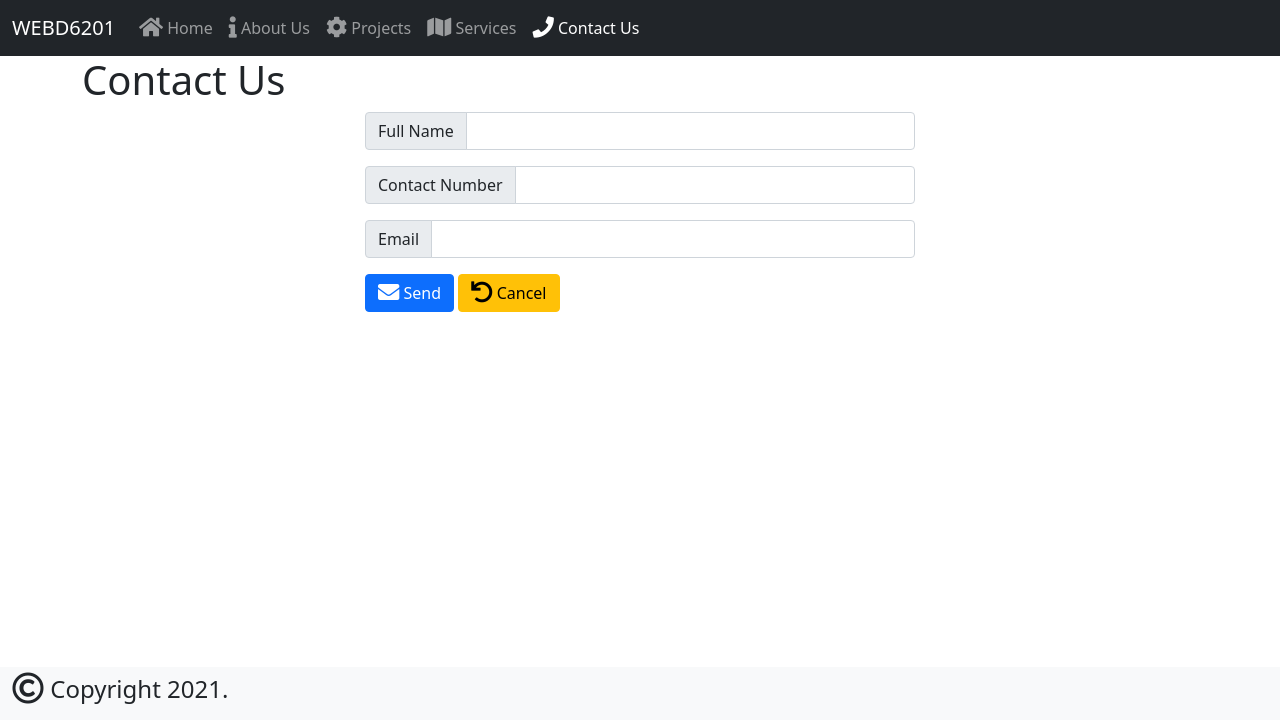
Repository: Sub4Sub/Ice-2
Page: contact copy.html
These files come from the project's save history. The page is drawn as it stood at one moment and after the next save; the edit follows.
The browser window is 1280 px wide. The pictures show the whole page.

Above is the page before, as saved 2021-01-27 16:12:21.

### contact copy.html
<!DOCTYPE html>
<html lang="en">
<head>
    <meta charset="UTF-8">
    <meta name="viewport" content="width=device-width, initial-scale=1.0">
    <title>Contact</title>
    <!-- CSS Section -->
    <link rel="stylesheet" href="./node_modules/bootstrap/dist/css/bootstrap.min.css">
    <link rel="stylesheet" href="./node_modules/@fortawesome/fontawesome-free/css/all.min.css">
    <link rel="stylesheet" href="./Content/app.css">
</head>
<body>
    <!-- Main Header -->
    <header>
        <!-- Main Navigation -->
        <nav class="navbar navbar-expand-lg navbar-dark bg-dark">
            <div class="container-fluid">
              <a class="navbar-brand" href="index.html">WEBD6201</a>
              <button class="navbar-toggler" type="button" data-bs-toggle="collapse" data-bs-target="#navbarSupportedContent" aria-controls="navbarSupportedContent" aria-expanded="false" aria-label="Toggle navigation">
                <span class="navbar-toggler-icon"></span>
              </button>
              <div class="collapse navbar-collapse" id="navbarSupportedContent">
                <ul class="navbar-nav me-auto mb-2 mb-lg-0">
                  <li class="nav-item">
                    <a class="nav-link" aria-current="page" href="index.html"><i class="fas fa-home fa-lg"></i> Home</a>
                  </li>

                  <li class="nav-item">
                    <a class="nav-link" aria-current="page" href="about.html"><i class="fas fa-info fa-lg"></i> About Us</a>
                  </li>

                  <li class="nav-item">
                    <a class="nav-link" aria-current="page" href="projects.html"><i class="fas fa-cog fa-lg"></i> Projects</a>
                  </li>

                  <li class="nav-item">
                    <a class="nav-link" aria-current="page" href="services.html"><i class="fas fa-map fa-lg"></i> Services</a>
                  </li>

                  <li class="nav-item">
                    <a class="nav-link active" aria-current="page" href="contact.html"><i class="fas fa-phone fa-lg"></i> Contact Us</a>
                  </li>
                </ul>
              </div>
            </div>
          </nav>
    </header>

    <!-- Main Content -->
    <main class="container">
        <h1>Contact Us</h1>
        <div id="messageArea"></div>

        <div class="row justify-content-lg-center g-3">
          <form class="col-lg-6 col-md-10 col-sm-10">

            <div class="input-group mb-3">
              <span class="input-group-text" id="inputGroup-sizing-default">Full Name </span>
              <input id="fullName" type="text" class="form-control" aria-label="Full Name" aria-describedby="Full Name Input"
              name="fullName" required>
            </div>

            <div class="input-group mb-3">
              <span class="input-group-text" id="inputGroup-sizing-default">Contact Number</span>
              <input id="contactNumber" type="tel" class="form-control" aria-label="Contact Number" aria-describedby="Contact Number Input"
              name="contactNumber" required>
            </div>

            <div class="input-group mb-3">
              <span class="input-group-text" id="inputGroup-sizing-default">Email</span>
              <input id="emailAddress" type="email" class="form-control" aria-label="Email Address" aria-describedby="Email Address Input"
              name="emailAddress" required>
            </div>

            <button id="sendButton" type="submit" class="btn btn-primary"><i class="fas fa-envelope fa-lg"></i> Send</button>
            <button id="cancelButton" type="reset" class="btn btn-warning"><i class="fas fa-undo fa-lg"></i> Cancel</button>
          </form>
        </div>


    </main>

    <!-- Main Footer -->
    <footer>
        <nav class="navbar fixed-bottom navbar-light bg-light">
            <div class="container-fluid">
              <h4><i class="far fa-copyright fa-lg"></i> Copyright 2021.</h4>
            </div>
          </nav>
    </footer>

    <!-- Script Section-->
    <script src="./node_modules/jquery/dist/jquery.min.js"></script>
    <script src="./node_modules/bootstrap/dist/js/bootstrap.bundle.min.js"></script>

    <script src="./Scripts/contact.js"></script>
    <script src="./Scripts/app.js"></script>
</body>
</html>

### Scripts/contact.js
class Contact{
    // Constructor
    constructor(fullName, contactNumber, emailAddress)
    {
      this.m_fullName = fullName;
      this.m_contactNumber= contactNumber;
      this.m_emailAddress = emailAddress;
    }

    // Getters and Setters
    get fullName()
    {
      return this.m_fullName;
    }

    set fullName(full_name)
    {
      this.m_fullName = full_name;
    }

    get contactNumber()
    {
      return this.m_contactNumber;
    }

    set contactNumber(contact_number)
    {
      this.m_contactNumber = contact_number;
    }

    get emailAddress()
    {
      return this.m_emailAddress;
    }

    set emailAddress(email_address)
    {
      this.m_emailAddress = email_address;
    }

   // functions
  splitFullName()
  {
    let names = this.fullName.split(" ")
    this.firstName = names[0];
    this.lastName = names[1];
  }

  toString()
  {
    let contactString = `Full Name: ${this.fullName}\nContact Number: ${this.contactNumber}\nEmail Address: ${this.emailAddress}`;

    return contactString;
  }

  toJSON()
  {
    let json = {};
    json.contactNumber = this.contactNumber;
    json.fullName = this.fullName;
    json.emailAddress = this.emailAddress;

    return
  }

  serialize()
  {
    return `${this.fullName},${this.contactNumber},${this.emailAddress}`;
  }

  deserialize()
  {
    let properties = data.split(",");
    this.fullName = properties[0];
    this.contactNumber = properties[1];
    this.emailAddress = properties[2];
  }

}

### Scripts/app.js
/* custom JavaScript goes here */

//IIFE - Immediately Invoked Function Expression
//AKA - Anonymous Self-Executing Function
//Closure - limits scope leak

"use strict";


(function()
{
    function displayHome()
    {
        let paragraphOneText =
          "This is a simple site to demonstrate DOM Manipulation for ICE 1";

        let paragraphOneElement = document.getElementById("paragraphOne");

        paragraphOneElement.textContent = paragraphOneText;
        paragraphOneElement.className = "fs-5";

        // Step 1. document.createElement
        let newParagraph = document.createElement("p");
        // Step 2. configure the element
        newParagraph.setAttribute("id", "paragraphTwo");
        newParagraph.textContent = "...And this is paragraph two";
        // Step 3. select the parent element
        let mainContent = document.getElementsByTagName("main")[0];
        // Step 4. Add / Insert the element
        mainContent.appendChild(newParagraph);

        newParagraph.className = "fs-6";

        // another way of injecting content
        let paragraphDiv = document.createElement("div");
        let paragraphThree = `<p id="paragraphThree" class="fs-7 fw-bold">And this is the Third Paragraph</p>`;
        paragraphDiv.innerHTML = paragraphThree;

        // insertions

        // example of inserting before a node
        //newParagraph.before(paragraphDiv);

        // example of inserting after a node
        newParagraph.after(paragraphDiv);

        // deletions

        // example of removing a single element
        //paragraphOneElement.remove();

        // example of removeChild
        mainContent.removeChild(paragraphOneElement);

        // update / modification
        //mainContent.firstElementChild.textContent = "Welcome Home!";

        mainContent.innerHTML = `<h1 id="firstHeading">Welcome to WEBD6201 - Lab 1</h1>
         <p id="paragraphOne" class="fs-3 fw-bold">This is my first Paragraph</p>
        `;

    }

    function displayAbout()
    {

    }

    function displayProjects()
    {

    }

    function displayServices()
    {

    }

    function displayContact()
    {
        let messageArea = document.getElementById("messageArea");
        messageArea.hidden = true;

        // form validation
        let fullName = document.getElementById("fullName");
        fullName.addEventListener("blur", function() {
            if(fullName.value.length < 2)
            {
                fullName.focus();
                fullName.select();
                messageArea.hidden = false;
                messageArea.className = "alert alert-danger";
                messageArea.textContent = "Please enter an appropriate Name";
            }
            else
            {
                messageArea.removeAttribute("class");
                messageArea.hidden = true;
            }
        });

        let sendButton = document.getElementById("sendButton");
        sendButton.addEventListener("click", function(event){
            event.preventDefault();

            let contact = new Contact(fullName.value, contactNumber.value, emailAddress.value);

            console.log(contact.toJSON());

            localStorage.setItem(localStorage.length.toString(), contact);
        });
    }

    function Start()
    {
        console.log("App Started...");

        switch (document.title)
        {
          case "Home":
              displayHome();
            break;
          case "About":
              displayAbout();
            break;
          case "Projects":
              displayProjects();
            break;
          case "Services":
              displayServices();
            break;
          case "Contact":
              displayContact();
            break;
        }

    }

    window.addEventListener("load", Start);

})();

Loaded but not shown: node_modules/bootstrap/dist/css/bootstrap.min.css (library); node_modules/@fortawesome/fontawesome-free/css/all.min.css (library); Content/app.css (common file); node_modules/jquery/dist/jquery.min.js (library); node_modules/bootstrap/dist/js/bootstrap.bundle.min.js (library)

After the next save:
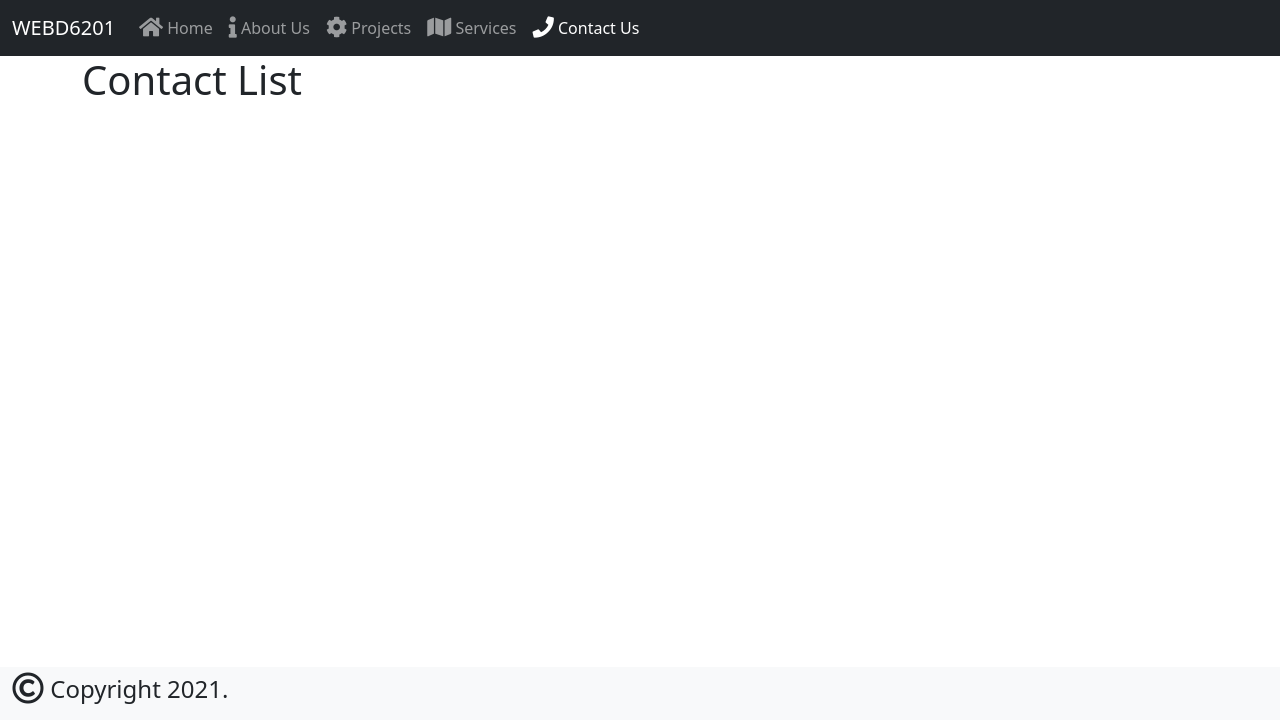
Console error: TypeError: Cannot set properties of null (setting 'hidden')
Saved 43 s later.
--- a/contact copy.html
+++ b/contact copy.html
@@ -48,36 +48,7 @@
 
     <!-- Main Content -->
     <main class="container">
-        <h1>Contact Us</h1>
-        <div id="messageArea"></div>
-
-        <div class="row justify-content-lg-center g-3">
-          <form class="col-lg-6 col-md-10 col-sm-10">
-
-            <div class="input-group mb-3">
-              <span class="input-group-text" id="inputGroup-sizing-default">Full Name </span>
-              <input id="fullName" type="text" class="form-control" aria-label="Full Name" aria-describedby="Full Name Input"
-              name="fullName" required>
-            </div>
-
-            <div class="input-group mb-3">
-              <span class="input-group-text" id="inputGroup-sizing-default">Contact Number</span>
-              <input id="contactNumber" type="tel" class="form-control" aria-label="Contact Number" aria-describedby="Contact Number Input"
-              name="contactNumber" required>
-            </div>
-
-            <div class="input-group mb-3">
-              <span class="input-group-text" id="inputGroup-sizing-default">Email</span>
-              <input id="emailAddress" type="email" class="form-control" aria-label="Email Address" aria-describedby="Email Address Input"
-              name="emailAddress" required>
-            </div>
-
-            <button id="sendButton" type="submit" class="btn btn-primary"><i class="fas fa-envelope fa-lg"></i> Send</button>
-            <button id="cancelButton" type="reset" class="btn btn-warning"><i class="fas fa-undo fa-lg"></i> Cancel</button>
-          </form>
-        </div>
-
-
+        <h1>Contact List</h1>
     </main>
 
     <!-- Main Footer -->
